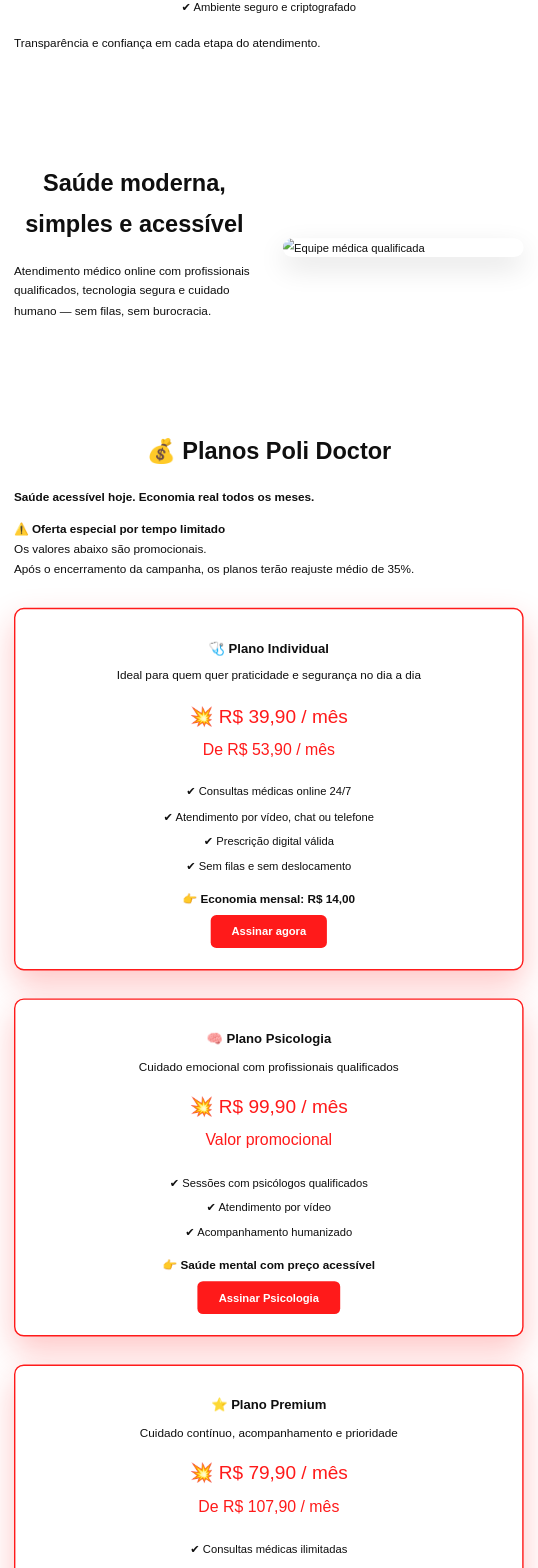
Repository: RenSkywalker/poli-doctor-landing
Page: index.html
These files come from the project's save history. The page is drawn as it stood at one moment and after the next save; the edit follows.
The browser window is 768 px wide. The pictures show the part of the page from y = 3345 to 5585 px (the page is 8297 px tall before and 8279 px after), at 70% of full size.
A picture or video elsewhere on the page could not be fetched, so the positions and the page height are approximate.

Above is the page before, as saved 2026-01-09 17:47:04.
Not found: assets/images/equipe-medica.jpg

After the next save:
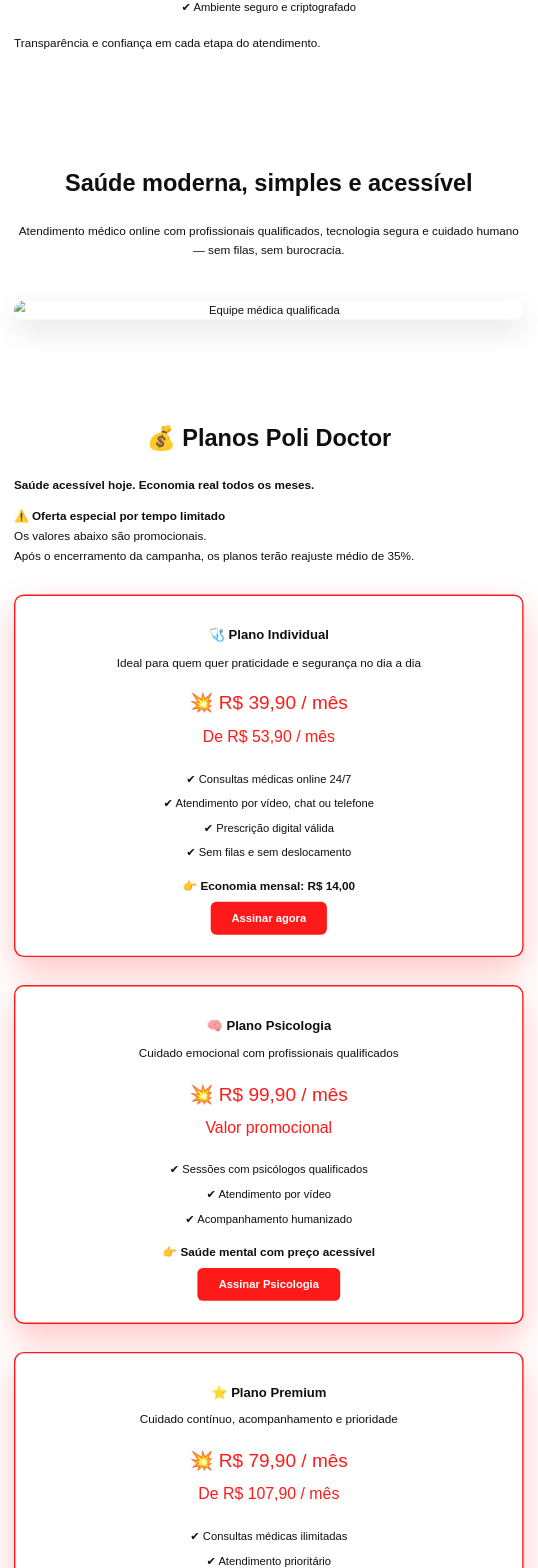
Saved 26 s later.
--- a/css/style.css
+++ b/css/style.css
@@ -340,4 +340,9 @@
   .hero-buttons {
     flex-direction: column;
   }
-}
+
+  .imagem-contexto-grid {
+    grid-template-columns: 1fr;
+    text-align: center;
+  }
+}
